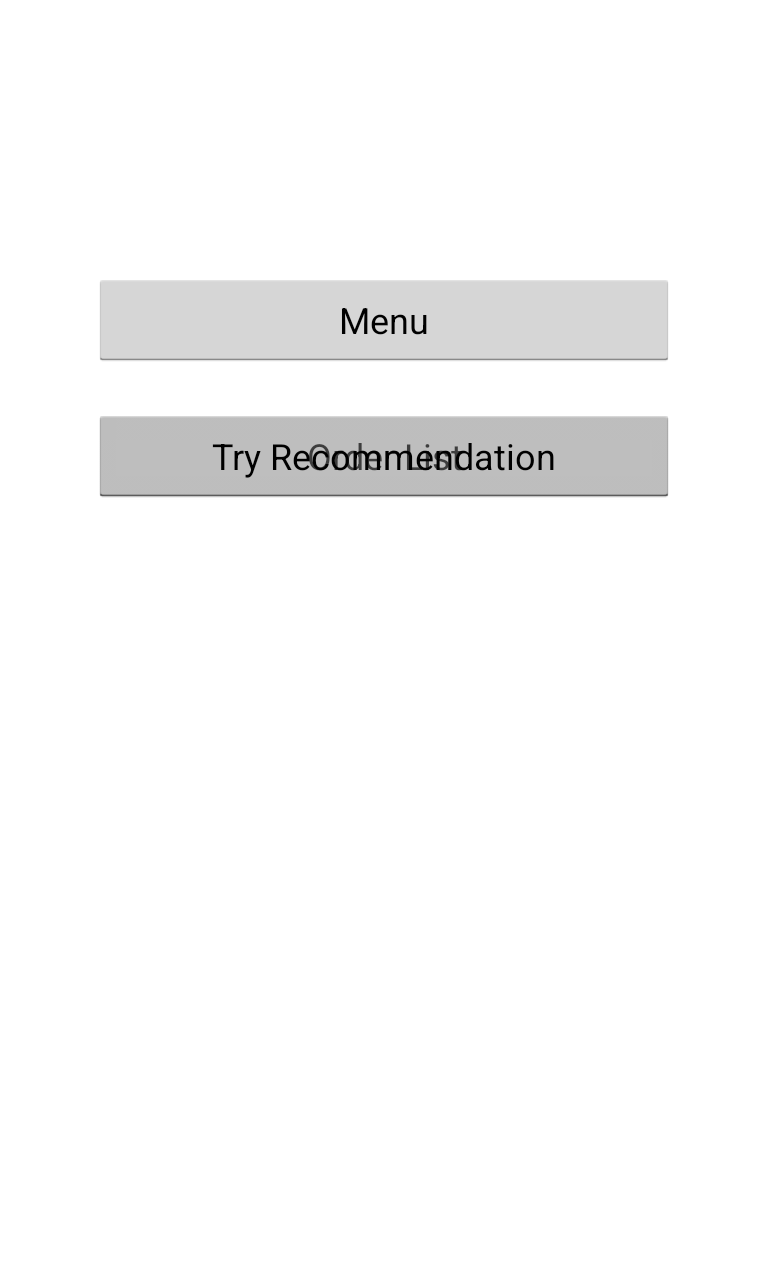
Repository: erenerdogan/ERMS
Layout: ERMSMobile/ERMS/res/layout/activity_main.xml
These files come from the project's save history. The layout is drawn as it stood at one moment and after the next save; the edit follows.
It is drawn on a 768 x 1280 px phone screen (xhdpi) without system bars, with theme AppTheme; the app's code is not run.

Above is the layout before, as saved 2013-12-21 19:05:16.

After the next save:
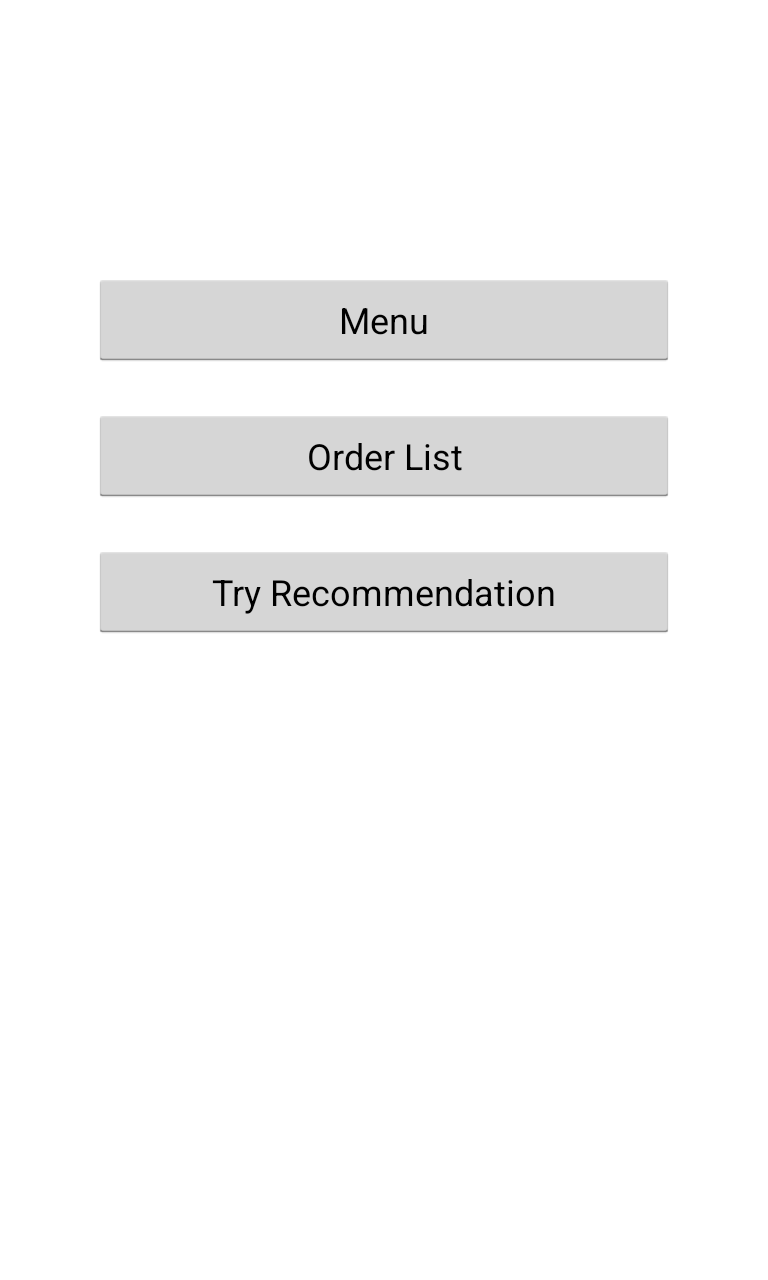
Saved 14 s later.
--- a/ERMSMobile/ERMS/res/layout/activity_main.xml
+++ b/ERMSMobile/ERMS/res/layout/activity_main.xml
@@ -33,7 +33,7 @@
         android:id="@+id/trybtn"
         android:layout_width="fill_parent"
         android:layout_height="wrap_content"
-        android:layout_below="@+id/menubtn"
+        android:layout_below="@+id/orderbtn"
         android:layout_marginTop="20dp"
         android:layout_marginLeft="30dp"
         android:layout_marginRight="30dp"
